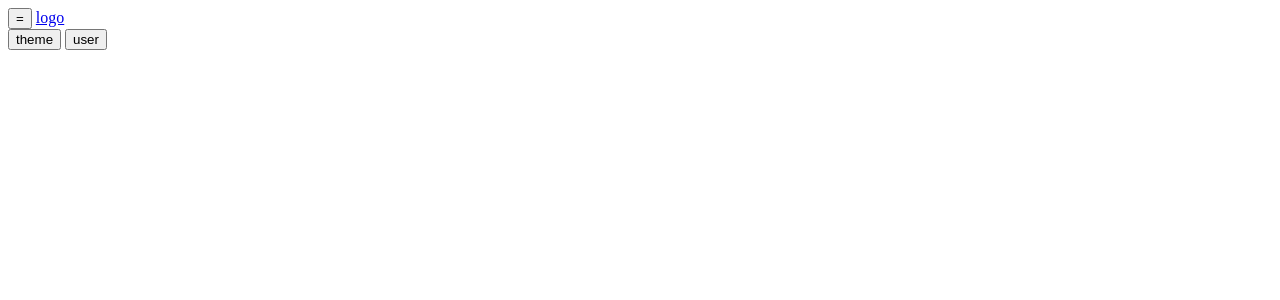
Repository: pedro-donoso/curso-tailwind
Page: index.html
These files come from the project's save history. The page is drawn as it stood at one moment and after the next save; the edit follows.
The browser window is 1280 px wide. The pictures show the whole page.

Above is the page before, as saved 2024-01-23 00:15:50.

### index.html
<!doctype html>
<html lang="es">

<head>
    <meta charset="UTF-8" />
    <meta name="viewport" content="width=device-width, initial-scale=1.0" />

    <link rel="stylesheet" href="tailwind.css" />

    <title>
        Curso Tailwind
    </title>
</head>

<body class="bg-slate-300">

    <header class="bg-white px-6 shadow">
        <div class="flex h-16 items-center justify-between">
            <button>=</button>
            <a href="#">logo</a>
            <div>
                <button>theme</button>
                <button>user</button>
            </div>
        </div>
    </header>

</body>

</html>

Loaded but not shown: tailwind.css (common file)

After the next save:
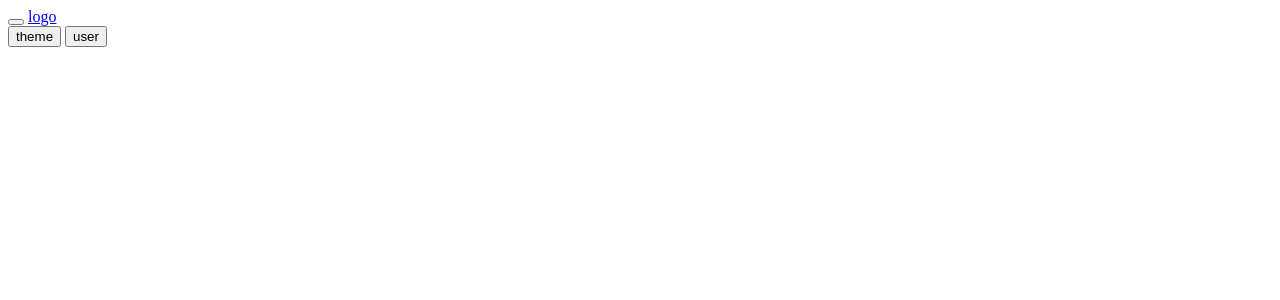
Saved 81 s later.
--- a/index.html
+++ b/index.html
@@ -16,7 +16,9 @@
 
     <header class="bg-white px-6 shadow">
         <div class="flex h-16 items-center justify-between">
-            <button>=</button>
+            <button>
+
+            </button>
             <a href="#">logo</a>
             <div>
                 <button>theme</button>
